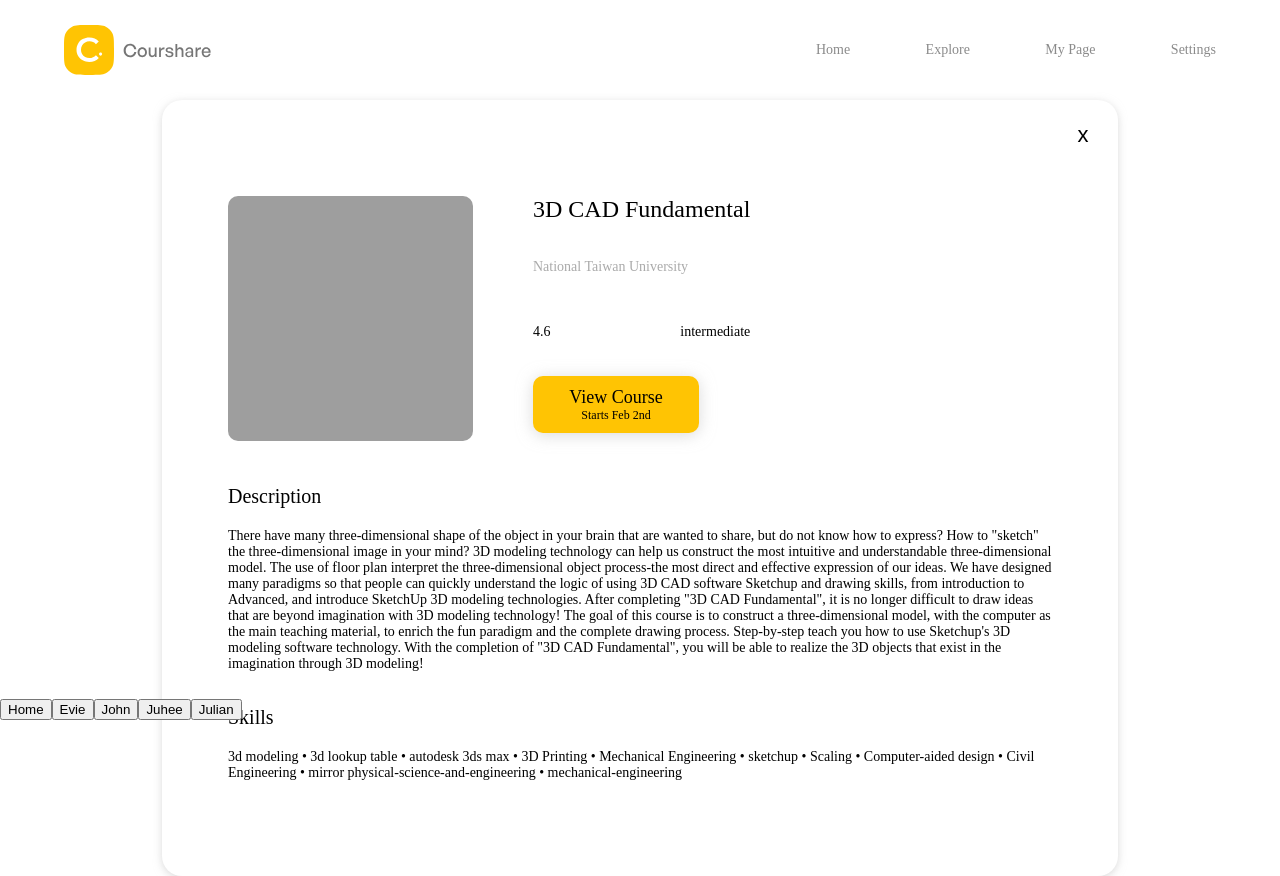
Repository: julianm09/courshare-app
Page: /comps/juhee
An editor plug-in stored every save of this project. The page is shown before and after the next save, followed by the edit.
The browser window is 1280 px wide. The pictures show the whole page.
Pictures or frames that could not be fetched are drawn as grey boxes. The project was rebuilt for these pictures with package versions that can differ from the ones it lists, and the page was loaded fresh each time. The framework's server and built-in components were replaced by stand-ins that run in the browser. Also part of the build but not shown: next.config.js.

Above is the page before, as saved 2022-02-07 14:45:32.

### pages/_app.js
import "../styles/globals.css";
import styled from "styled-components";
import { useRouter } from "next/router";
import Navbar from "@/components/Navbar";

function MyApp({ Component, pageProps }) {
  const r = useRouter();
  return (
    <>
    <Navbar/>
      <Component {...pageProps} />

      <BotNav>
        <button onClick={() => r.push("/")}>Home</button>
        <button onClick={() => r.push("/comps/evie")}>Evie</button>
        <button onClick={() => r.push("/comps/john")}>John</button>
        <button onClick={() => r.push("/comps/juhee")}>Juhee</button>
        <button onClick={() => r.push("/comps/julian")}>Julian</button>
      </BotNav>
    </>
  );
}

const BotNav = styled.div`
  position: fixed;
  bottom: 0px;
`;

export default MyApp;

### pages/comps/juhee.js
import styled from "styled-components";
import CourseDetailCard from "@/components/CourseDetailCard";

export default function Juhee() {
  return (
    <Cont>
      {/* make components here */}
      <CourseDetailCard></CourseDetailCard>
    </Cont>
  );
}

const Cont = styled.div`
  display: flex;
  align-items: center;
  flex-direction: column;
  width: 100%;
`;

### styles/globals.css
@import url("general-sans.css");

html,
body {
  padding: 0;
  margin: 0;
  font-family: -apple-system, BlinkMacSystemFont, Segoe UI, Roboto, Oxygen,
    Ubuntu, Cantarell, Fira Sans, Droid Sans, Helvetica Neue, sans-serif;
}

a {
  color: inherit;
  text-decoration: none;
}

* {
  box-sizing: border-box;
}

### components/Navbar.js
import styled from "styled-components";
import { useState } from "react";
import { useRouter } from "next/router";

export default function Navbar({}) {
  const r = useRouter();

  const [menu, setMenu] = useState(false);

  const handleLink = (t) => {
    setMenu(false);
    r.push(t);
  };

  return (
    <NavbarUI>
      <Logo
        src="/logo.svg"
        selected={r.pathname == "/"}
        onClick={() => handleLink("/")}
      ></Logo>
      <Navigation>
        <LinkUI selected={r.pathname == "/"} onClick={() => handleLink("/")}>
          Home
        </LinkUI>
        <LinkUI
          selected={r.pathname == "/explore"}
          onClick={() => handleLink("/explore")}
        >
          Explore
        </LinkUI>
        <LinkUI
          selected={r.pathname == "/mypage"}
          onClick={() => handleLink("/mypage")}
        >
          My Page
        </LinkUI>
        <LinkUI
          selected={r.pathname == "/settings"}
          onClick={() => handleLink("/settings")}
        >
          Settings
        </LinkUI>
      </Navigation>
      <MenuIcon
        src={menu ? "/icons/close.svg" : "/icons/menu.svg"}
        onClick={() => setMenu(!menu)}
      />
      {menu ? (
        <MobileMenu>
          <LinkUI selected={r.pathname == "/"} onClick={() => handleLink("/")}>
            Home
          </LinkUI>
          <LinkUI
            selected={r.pathname == "/explore"}
            onClick={() => handleLink("/explore")}
          >
            Explore
          </LinkUI>
          <LinkUI
            selected={r.pathname == "/mypage"}
            onClick={() => handleLink("/mypage")}
          >
            My Page
          </LinkUI>
          <LinkUI
            selected={r.pathname == "/settings"}
            onClick={() => handleLink("/settings")}
          >
            Settings
          </LinkUI>
        </MobileMenu>
      ) : (
        <></>
      )}
    </NavbarUI>
  );
}

const NavbarUI = styled.div`
  width: 100%;
  padding: 0 5%;
  height: 100px;
  display: flex;
  align-items: center;
  justify-content: space-between;

  -webkit-touch-callout: none; /* iOS Safari */
  -webkit-user-select: none; /* Safari */
  -khtml-user-select: none; /* Konqueror HTML */
  -moz-user-select: none; /* Old versions of Firefox */
  -ms-user-select: none; /* Internet Explorer/Edge */
  user-select: none; /* Non-prefixed version, currently supported by Chrome, Edge, Opera and Firefox */
`;

const Logo = styled.img`
  cursor: pointer;
`;

const Navigation = styled.div`
  display: flex;
  justify-content: space-between;
  width: 400px;
  @media (max-width: 1000px) {
    display: none;
  }
`;

const LinkUI = styled.div`
  cursor: pointer;
  font-family: General Sans;
  font-style: normal;
  font-size: 14px;
  line-height: 24px;
  color: #8b8b8b;
  color: ${(props) => (props.selected ? "#595959" : "#8B8B8B")};
  font-weight: ${(props) => (props.selected ? "500" : "400")};
`;

const MenuIcon = styled.img`
  cursor: pointer;
  display: none;
  @media (max-width: 1000px) {
    display: flex;
  }
`;

const MobileMenu = styled.div`
  cursor: pointer;
  display: flex;
  position: absolute;
  height: 200px;
  flex-direction: column;
  justify-content: space-between;
  align-items: flex-end;
  top: 100px;
  width: 90%;
  @media (min-width: 1000px) {
    display: none;
  }
`;

### components/CourseDetailCard.js
import styled from "styled-components";
import { useState } from "react";
import Heart from "../public/icons/heart.svg";
import RegisterButton from "../components/RegisterButton";
const BigCont = styled.div`
  display: flex;
  flex-direction: column;
  width: 956px;
  height: 776px;
  background-color: #ffffff;
  box-shadow: 0px 2px 8px 0px rgba(185, 185, 185, 0.52);
  border-radius: 20px;
  font-family: General Sans;
`;
const ButtonCont = styled.div`
  display: flex;
  justify-content: flex-end;
  margin-right: 20px;
  margin-top: 20px;
`;
const XButton = styled.button`
  border: none;
  background-color: #fff;
  border-radius: 20px;
  width: 30px;
  height: 30px;
  color: #000;
  font-size: 22px;
`;
const ContentCont = styled.div`
  display: flex;
  flex-direction: column;
  justify-content: space-between;
  padding: 46px 66px 66px 66px;
`;
const FristCont = styled.div`
  display: flex;
  flex-direction: row;
`;
const LeftCont = styled.div``;

const Img = styled.img`
  width: 245px;
  height: 245px;
  border-radius: 10px;
`;
const Heading1 = styled.p`
  font-size: 24px;
  margin: 0;
  font-weight: 500;
`;

const GreyText = styled.p`
  color: #aaaaaa;
  font-size: 14px;
`;
const RightCont = styled.div`
  height: 245px;
  margin-left: 60px;
  display: flex;
  flex-direction: column;
  align-items: space-between;
`;
const RightSmallCont = styled.div`
  display: flex;
  flex-direction: row;
  justify-content: space-between;
  margin-bottom: 10%;
`;
const SecondCont = styled.div`
  margin-top: 20px;
`;
const Heading2 = styled.p`
  font-size: 20px;
  font-weight: 500;
`;
const Desc = styled.p`
  font-size: 14px;
`;
const ThirdCont = styled.div``;

export default function CourseDetailCard({
  name = "3D  CAD Fundamental",
  school = "National Taiwan University",
  rating = 4.6,
  difficulty = "intermediate",
  description = "",
  skills = "",
}) {
  return (
    <BigCont>
      <ButtonCont>
        <XButton>x</XButton>
      </ButtonCont>
      <ContentCont>
        <FristCont>
          <LeftCont>
            <Img src="https://images.unsplash.com/photo-1600869009498-8d429f88d4f5?ixlib=rb-1.2.1&ixid=MnwxMjA3fDB8MHxwaG90by1wYWdlfHx8fGVufDB8fHx8&auto=format&fit=crop&w=2340&q=80" />
          </LeftCont>
          <RightCont>
            <RightSmallCont>
              <Heading1>{name}</Heading1>
            </RightSmallCont>
            <RightSmallCont>
              <GreyText>{school}</GreyText>
            </RightSmallCont>
            <RightSmallCont>
              <Desc>{rating}</Desc>
              <Desc>{difficulty}</Desc>
            </RightSmallCont>
            <RightSmallCont>
              <RegisterButton />
            </RightSmallCont>
          </RightCont>
        </FristCont>
        <SecondCont>
          <Heading2>Description</Heading2>
          <Desc>
            There have many three-dimensional shape of the object in your brain
            that are wanted to share, but do not know how to express? How to
            "sketch" the three-dimensional image in your mind? 3D modeling
            technology can help us construct the most intuitive and
            understandable three-dimensional model. The use of floor plan
            interpret the three-dimensional object process-the most direct and
            effective expression of our ideas. We have designed many paradigms
            so that people can quickly understand the logic of using 3D CAD
            software Sketchup and drawing skills, from introduction to Advanced,
            and introduce SketchUp 3D modeling technologies. After completing
            "3D CAD Fundamental", it is no longer difficult to draw ideas that
            are beyond imagination with 3D modeling technology! The goal of this
            course is to construct a three-dimensional model, with the computer
            as the main teaching material, to enrich the fun paradigm and the
            complete drawing process. Step-by-step teach you how to use
            Sketchup's 3D modeling software technology. With the completion of
            "3D CAD Fundamental", you will be able to realize the 3D objects
            that exist in the imagination through 3D modeling!
          </Desc>
        </SecondCont>
        <ThirdCont>
          <Heading2>Skills</Heading2>
          <Desc>
            3d modeling • 3d lookup table • autodesk 3ds max • 3D Printing •
            Mechanical Engineering • sketchup • Scaling • Computer-aided design
            • Civil Engineering • mirror physical-science-and-engineering •
            mechanical-engineering
          </Desc>
        </ThirdCont>
      </ContentCont>
    </BigCont>
  );
}

### styles/general-sans.css
/**
 * @license
 *
 * Font Family: General Sans
 * Designed by: Frode Helland
 * URL: https://www.fontshare.com/fonts/general-sans
 * © 2021 Indian Type Foundry
 *
 * Font Styles:
 * General Sans Variable(Variable font)
 * General Sans Variable Italic(Variable font)
 * General Sans Extralight
 * General Sans Extralight Italic
 * General Sans Light
 * General Sans Light Italic
 * General Sans Regular
 * General Sans Italic
 * General Sans Medium
 * General Sans Medium Italic
 * General Sans Semibold
 * General Sans Semibold Italic
 * General Sans Bold
 * General Sans Bold Italic
 *
*/


/**
* This is a variable font
* You can controll variable axes as shown below:
* font-variation-settings: 'wght' 700.0;
*
* available axes:

* 'wght' (range from 200.0 to 700.0)

*/

@font-face {
  font-family: 'GeneralSans-Variable';
  src: url('../fonts/GeneralSans-Variable.woff2') format('woff2'),
       url('../fonts/GeneralSans-Variable.woff') format('woff'),
       url('../fonts/GeneralSans-Variable.ttf') format('truetype');
       font-weight: 200 700;
       font-display: swap;
       font-style: normal;
}


/**
* This is a variable font
* You can controll variable axes as shown below:
* font-variation-settings: 'wght' 700.0;
*
* available axes:

* 'wght' (range from 200.0 to 700.0)

*/

@font-face {
  font-family: 'GeneralSans-VariableItalic';
  src: url('../fonts/GeneralSans-VariableItalic.woff2') format('woff2'),
       url('../fonts/GeneralSans-VariableItalic.woff') format('woff'),
       url('../fonts/GeneralSans-VariableItalic.ttf') format('truetype');
       font-weight: 200 700;
       font-display: swap;
       font-style: italic;
}


@font-face {
  font-family: 'GeneralSans-Extralight';
  src: url('../fonts/GeneralSans-Extralight.woff2') format('woff2'),
       url('../fonts/GeneralSans-Extralight.woff') format('woff'),
       url('../fonts/GeneralSans-Extralight.ttf') format('truetype');
       font-weight: 200;
       font-display: swap;
       font-style: normal;
}


@font-face {
  font-family: 'GeneralSans-ExtralightItalic';
  src: url('../fonts/GeneralSans-ExtralightItalic.woff2') format('woff2'),
       url('../fonts/GeneralSans-ExtralightItalic.woff') format('woff'),
       url('../fonts/GeneralSans-ExtralightItalic.ttf') format('truetype');
       font-weight: 200;
       font-display: swap;
       font-style: italic;
}


@font-face {
  font-family: 'GeneralSans-Light';
  src: url('../fonts/GeneralSans-Light.woff2') format('woff2'),
       url('../fonts/GeneralSans-Light.woff') format('woff'),
       url('../fonts/GeneralSans-Light.ttf') format('truetype');
       font-weight: 300;
       font-display: swap;
       font-style: normal;
}


@font-face {
  font-family: 'GeneralSans-LightItalic';
  src: url('../fonts/GeneralSans-LightItalic.woff2') format('woff2'),
       url('../fonts/GeneralSans-LightItalic.woff') format('woff'),
       url('../fonts/GeneralSans-LightItalic.ttf') format('truetype');
       font-weight: 300;
       font-display: swap;
       font-style: italic;
}


@font-face {
  font-family: 'GeneralSans-Regular';
  src: url('../fonts/GeneralSans-Regular.woff2') format('woff2'),
       url('../fonts/GeneralSans-Regular.woff') format('woff'),
       url('../fonts/GeneralSans-Regular.ttf') format('truetype');
       font-weight: 400;
       font-display: swap;
       font-style: normal;
}


@font-face {
  font-family: 'GeneralSans-Italic';
  src: url('../fonts/GeneralSans-Italic.woff2') format('woff2'),
       url('../fonts/GeneralSans-Italic.woff') format('woff'),
       url('../fonts/GeneralSans-Italic.ttf') format('truetype');
       font-weight: 400;
       font-display: swap;
       font-style: italic;
}


@font-face {
  font-family: 'GeneralSans-Medium';
  src: url('../fonts/GeneralSans-Medium.woff2') format('woff2'),
       url('../fonts/GeneralSans-Medium.woff') format('woff'),
       url('../fonts/GeneralSans-Medium.ttf') format('truetype');
       font-weight: 500;
       font-display: swap;
       font-style: normal;
}


@font-face {
  font-family: 'GeneralSans-MediumItalic';
  src: url('../fonts/GeneralSans-MediumItalic.woff2') format('woff2'),
       url('../fonts/GeneralSans-MediumItalic.woff') format('woff'),
       url('../fonts/GeneralSans-MediumItalic.ttf') format('truetype');
       font-weight: 500;
       font-display: swap;
       font-style: italic;
}


@font-face {
  font-family: 'GeneralSans-Semibold';
  src: url('../fonts/GeneralSans-Semibold.woff2') format('woff2'),
       url('../fonts/GeneralSans-Semibold.woff') format('woff'),
       url('../fonts/GeneralSans-Semibold.ttf') format('truetype');
       font-weight: 600;
       font-display: swap;
       font-style: normal;
}


@font-face {
  font-family: 'GeneralSans-SemiboldItalic';
  src: url('../fonts/GeneralSans-SemiboldItalic.woff2') format('woff2'),
       url('../fonts/GeneralSans-SemiboldItalic.woff') format('woff'),
       url('../fonts/GeneralSans-SemiboldItalic.ttf') format('truetype');
       font-weight: 600;
       font-display: swap;
       font-style: italic;
}


@font-face {
  font-family: 'GeneralSans-Bold';
  src: url('../fonts/GeneralSans-Bold.woff2') format('woff2'),
       url('../fonts/GeneralSans-Bold.woff') format('woff'),
       url('../fonts/GeneralSans-Bold.ttf') format('truetype');
       font-weight: 700;
       font-display: swap;
       font-style: normal;
}


@font-face {
  font-family: 'GeneralSans-BoldItalic';
  src: url('../fonts/GeneralSans-BoldItalic.woff2') format('woff2'),
       url('../fonts/GeneralSans-BoldItalic.woff') format('woff'),
       url('../fonts/GeneralSans-BoldItalic.ttf') format('truetype');
       font-weight: 700;
       font-display: swap;
       font-style: italic;
}

### components/RegisterButton.js
import styled from "styled-components";

const RegisterBtn = styled.button`
  width: 166px;
  height: 57px;
  background-color: ${(props) => props.background};
  color: #000000;
  filter: drop-shadow(0px 2px 8px rgba(185, 185, 185, 0.52));
  border-radius: 10px;
  border: none;
  display: flex;
  flex-direction: column;
  justify-content: center;
  align-items: center;
`;
const Header = styled.div`
  font-family: General Sans;
  font-style: normal;
  font-weight: 500;
  font-size: 18px;
  color: #000000;
  margin-left: auto;
  margin-right: auto;
`;

const Text = styled.div`
font-family: General Sans;
font-style: normal;
font-weight: normal;
font-size: 12px;
color: #000000;
margin-left: auto;
margin-right: auto;

}
`;

const RegisterButton = ({
  text = "View Course",
  data = "Starts Feb 2nd",
  background = "#FFC403",
}) => {
  return (
    <RegisterBtn background={background}>
      <Header>{text}</Header>
      <Text>{data}</Text>
    </RegisterBtn>
  );
};

export default RegisterButton;

Loaded but not shown: pages/_document.js (common file)

After the next save:
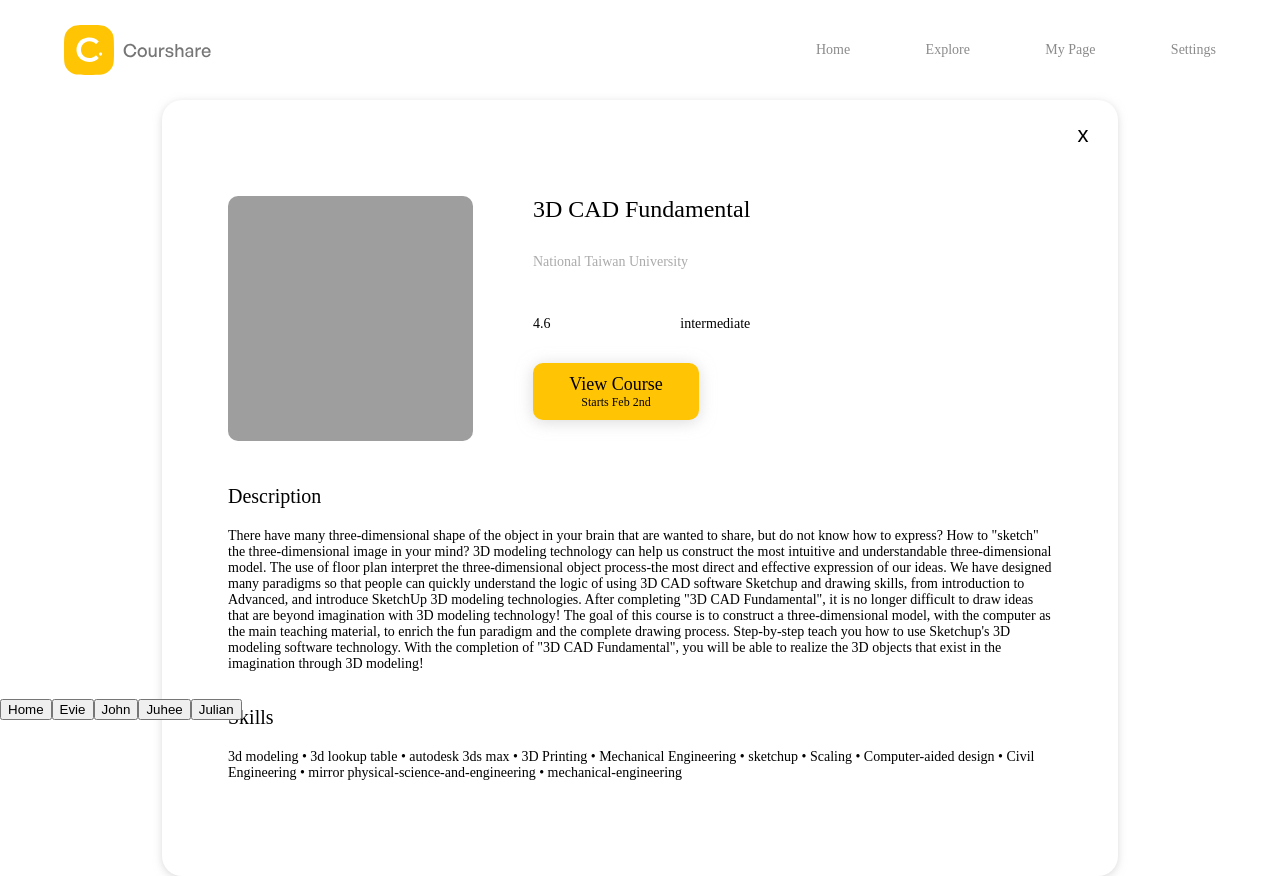
Saved 5 s later.
--- a/components/CourseDetailCard.js
+++ b/components/CourseDetailCard.js
@@ -65,7 +65,7 @@
   display: flex;
   flex-direction: row;
   justify-content: space-between;
-  margin-bottom: 10%;
+  margin-bottom: 8%;
 `;
 const SecondCont = styled.div`
   margin-top: 20px;
